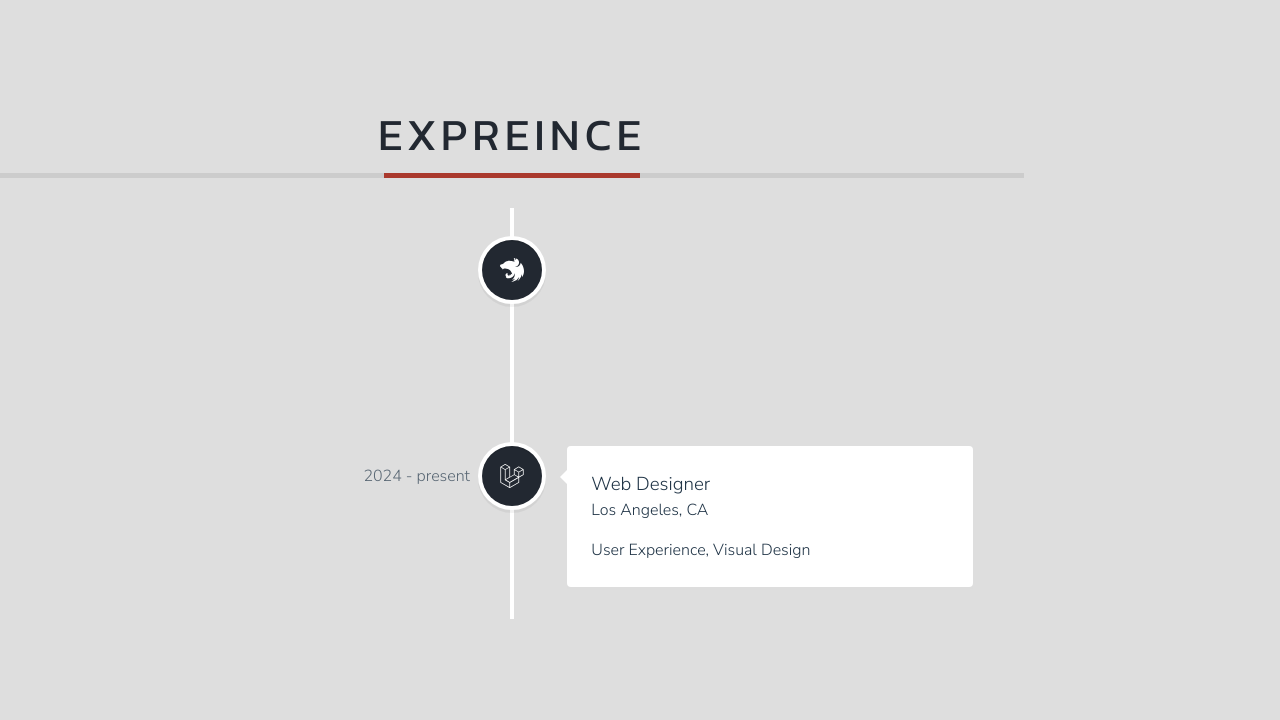
Repository: sellayspy/Portofolio
Page: /experince
An editor plug-in stored every save of this project. The page is shown before and after the next save, followed by the edit.
The browser window is 1280 px wide. The pictures show the whole page.
The project was rebuilt for these pictures with package versions that can differ from the ones it lists, and the page was loaded fresh each time. Also part of the build but not shown: vite.config.js, src/styles/About.css, src/components/About.jsx, src/styles/Footer.css, src/components/Footer.jsx, src/styles/Header.css, src/components/Header.jsx, src/styles/Navbar.css and 9 more.

Above is the page before, as saved 2024-09-13 22:21:56.

After the next save:
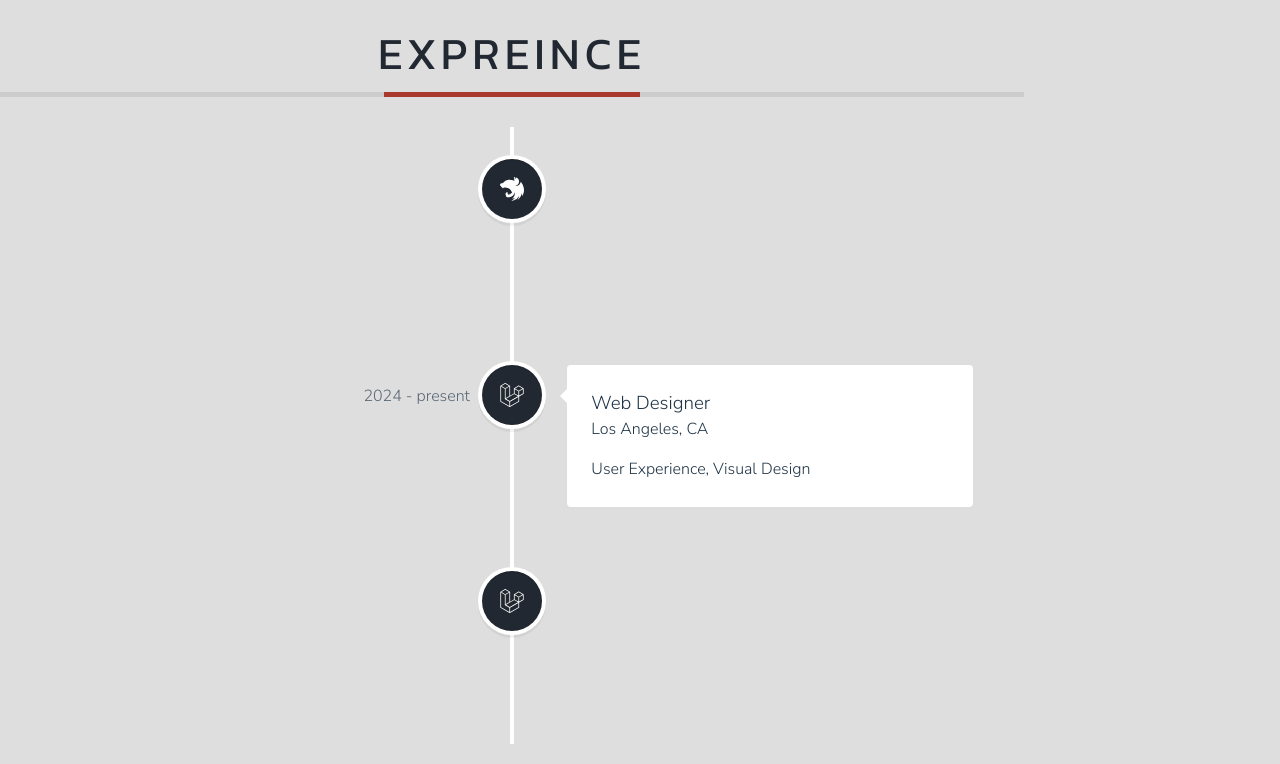
Saved 9 s later.
--- a/src/pages/Experience.jsx
+++ b/src/pages/Experience.jsx
@@ -37,8 +37,18 @@ const Experience = () => {
             </h4>
             <p>User Experience, Visual Design</p>
           </VerticalTimelineElement>
-
-
+          <VerticalTimelineElement
+            className="vertical-timeline-element--work"
+            date="2024 - present"
+            iconStyle={{ background: "#222831", color: "#fff" }}
+            icon={<FaLaravel />}
+          >
+            <h3 className="vertical-timeline-element-title">Web Designer</h3>
+            <h4 className="vertical-timeline-element-subtitle">
+              Los Angeles, CA
+            </h4>
+            <p>User Experience, Visual Design</p>
+          </VerticalTimelineElement>
         </VerticalTimeline>
       </div>
     </>
